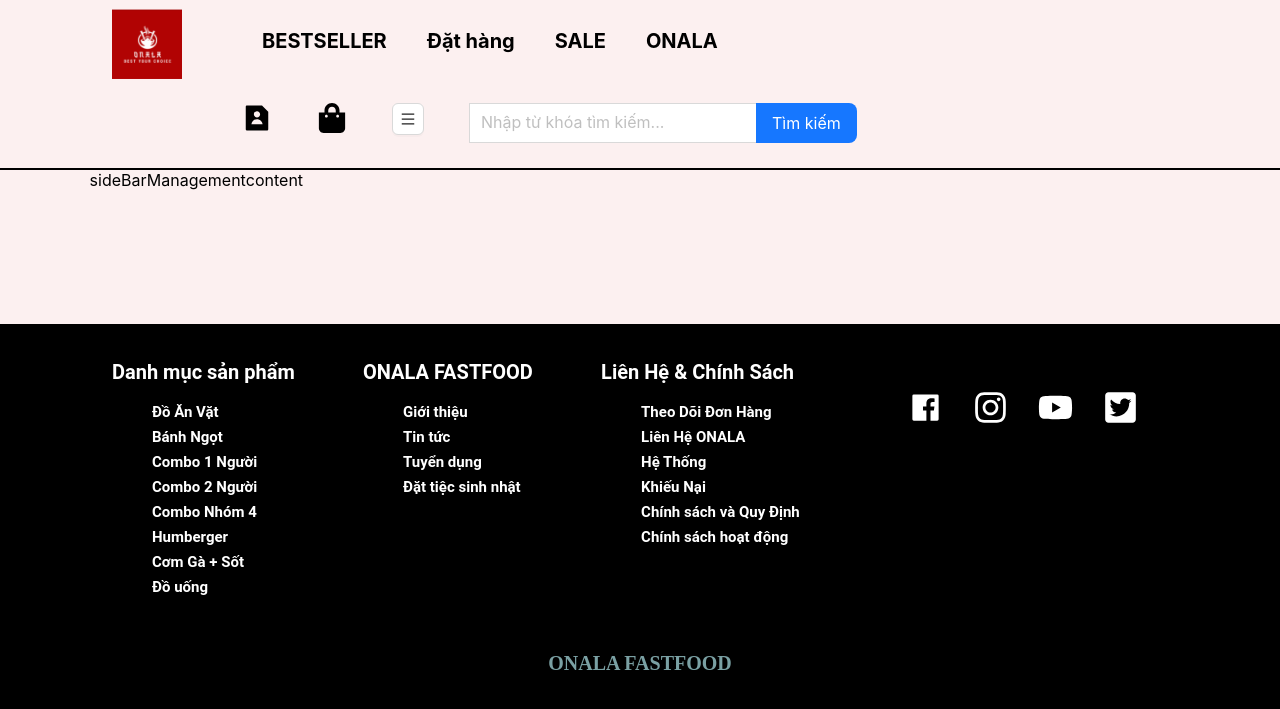
Repository: tranlan149/ONALA
Page: /account
These files come from the project's save history. The page is drawn as it stood at one moment and after a run of saves; the edit follows.
The browser window is 1280 px wide. The pictures show the whole page.
The project was rebuilt for these pictures with package versions that can differ from the ones it lists, and the page was loaded fresh each time. Also part of the build but not shown: src/Components/Search/Search.css, src/Pages/BestSeller/index.js, src/Pages/ONALA/index.js, src/Pages/Sale/index.js, src/Pages/Recommend/index.js, src/Pages/Register/RegisterForm.module.css, src/Pages/Register/index.js, src/Pages/Login/LoginForm.module.css and 12 more.

Above is the page before, as saved 2025-02-11 15:19:39.

After the next 2 saves:
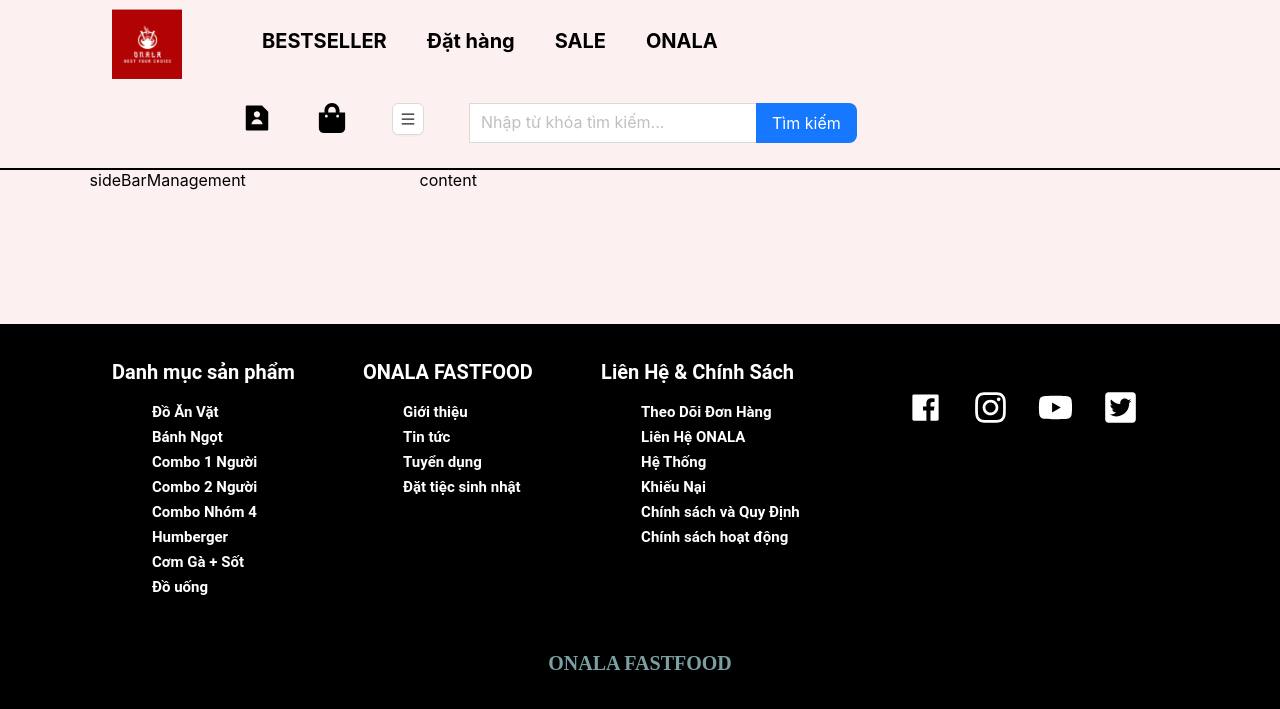
The 2 saves are shown as one change because they came seconds apart.
The last was saved 10 s later.
--- a/src/Pages/UserManagement/style.css
+++ b/src/Pages/UserManagement/style.css
@@ -5,7 +5,8 @@
 }
 
 .sideBarManagement {
-    width: ;
+    width: 330px;
+    background-color: ;
 }
 
 .contentManagement {
